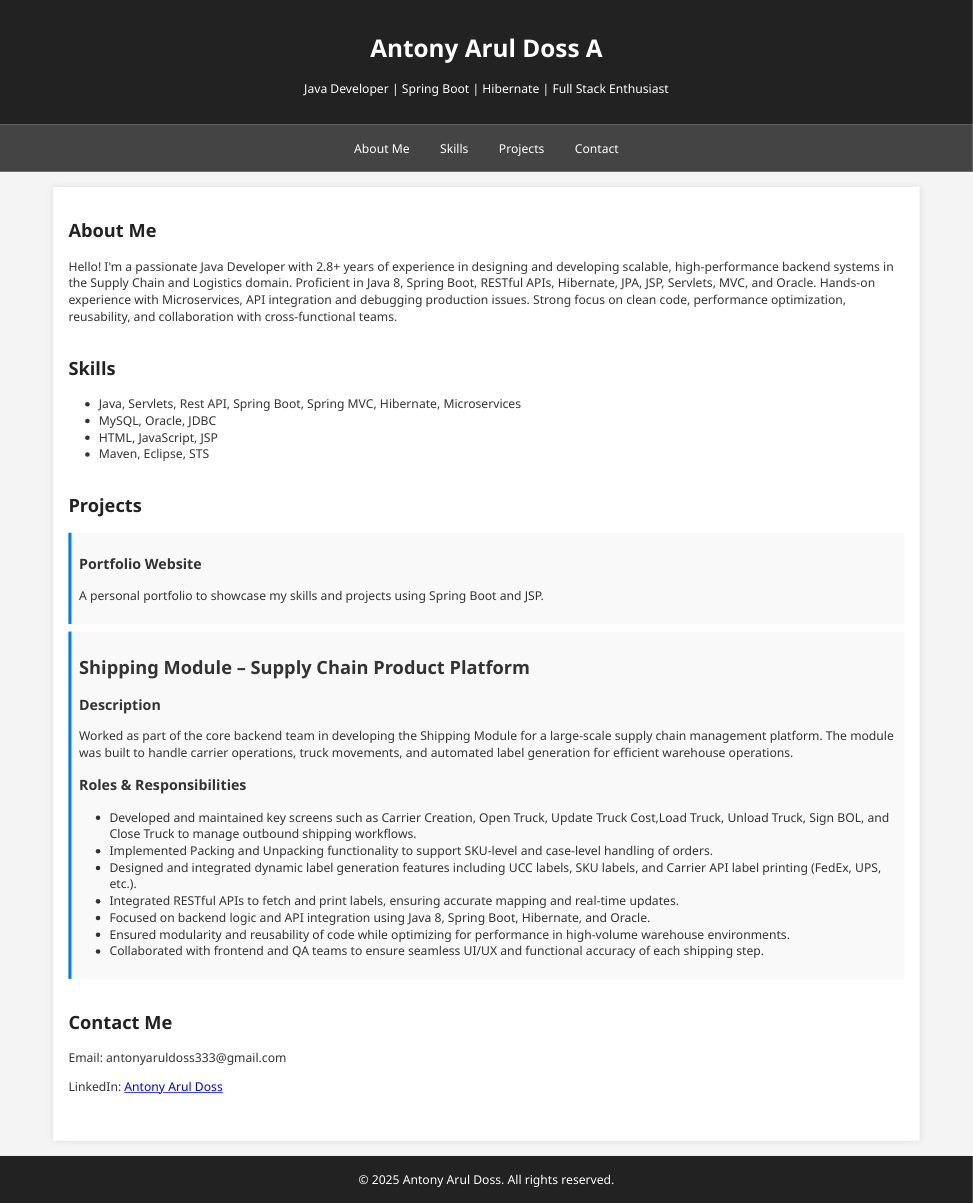
Repository: das-source/portfolio-springboot
Page: http://localhost/portfolio/WEB-INF/views/index.jsp
The author's editor kept a copy of each file at every save. The page is drawn from the files as they stood at one save, then again after the next save.
The browser window is 1280 px wide. The pictures show the whole page, at 76% of full size.
The page is served by Tomcat 9. Nobody is signed in. Other server files are loaded and not shown. The template is opened directly, without the code that normally fills it, so the values that code supplies are empty.

Above is the page before, as saved 2025-08-05 10:23:13.

### portfolio/src/main/webapp/WEB-INF/views/index.jsp
<%@ page contentType="text/html;charset=UTF-8" language="java" %>
<!DOCTYPE html>
<html lang="en">
<head>
    <meta charset="UTF-8">
    <title>My Portfolio - Your Name</title>
    <meta name="viewport" content="width=device-width, initial-scale=1.0">
    <style>
        body {
            margin: 0;
            font-family: 'Segoe UI', sans-serif;
            background-color: #f4f4f4;
            color: #333;
        }

        header {
            background-color: #222;
            color: white;
            padding: 20px 0;
            text-align: center;
        }

        nav {
            background-color: #444;
            display: flex;
            justify-content: center;
            padding: 10px 0;
        }

        nav a {
            color: white;
            text-decoration: none;
            padding: 10px 20px;
        }

        nav a:hover {
            background-color: #666;
        }

        .container {
            max-width: 1100px;
            margin: 20px auto;
            padding: 20px;
            background: white;
            box-shadow: 0 0 10px rgba(0,0,0,0.1);
        }

        section {
            margin-bottom: 40px;
        }

        h2 {
            color: #222;
        }

        .project {
            margin-top: 10px;
            padding: 10px;
            border-left: 4px solid #007bff;
            background: #f9f9f9;
        }

        footer {
            background-color: #222;
            color: white;
            text-align: center;
            padding: 20px 0;
            position: relative;
            bottom: 0;
            width: 100%;
        }

        @media (max-width: 768px) {
            nav {
                flex-direction: column;
            }
        }
    </style>
</head>
<body>

<header>
    <h1>Antony Arul Doss A</h1>
    <p>Java Developer | Spring Boot | Hibernate | Full Stack Enthusiast</p>
</header>

<nav>
    <a href="#about">About Me</a>
    <a href="#skills">Skills</a>
    <a href="#projects">Projects</a>
    <a href="#contact">Contact</a>
</nav>

<div class="container">

    <section id="about">
        <h2>About Me</h2>
        <p>
            Hello! I'm a passionate 			Java Developer with 2.8+ years of experience in designing and developing scalable, high-performance backend systems in
			the Supply Chain and Logistics domain. Proficient in Java 8, Spring Boot, RESTful APIs, Hibernate, JPA, JSP, Servlets,
			MVC, and Oracle. Hands-on experience with Microservices, API integration and debugging production issues.
			Strong focus on clean code, performance optimization, reusability, and collaboration with cross-functional teams.
        </p>
    </section>

    <section id="skills">
        <h2>Skills</h2>
        <ul>
            <li>Java, Servlets, Rest API, Spring Boot, Spring MVC, Hibernate, Microservices</li>
            <li>MySQL, Oracle, JDBC</li>
            <li>HTML, JavaScript, JSP</li>
            <li>Maven, Eclipse, STS</li>
        </ul>
    </section>

    <section id="projects">
        <h2>Projects</h2>
        <div class="project">
            <h3>Portfolio Website</h3>
            <p>A personal portfolio to showcase my skills and projects using Spring Boot and JSP.</p>
        </div>
        <div class="project">
            <h1>Shipping Module – Supply Chain Product Platform</h1>
			<h3>Description</h3>
            <p>Worked as part of the core backend team in developing the Shipping Module for a large-scale supply chain management
			platform. The module was built to handle carrier operations, truck movements, and automated label generation for
			efficient warehouse operations.</p>

			<h3>Roles & Responsibilities</h3>
			<ul>
				 	<li>Developed and maintained key screens such as Carrier Creation, Open Truck, Update Truck Cost,Load Truck,
					Unload Truck, Sign BOL, and Close Truck to manage outbound shipping workflows.</li>
					<li>Implemented Packing and Unpacking functionality to support SKU-level and case-level handling of orders.</li>
					<li>Designed and integrated dynamic label generation features including UCC labels, SKU labels, and Carrier API label
					printing (FedEx, UPS, etc.).</li>
					<li>Integrated RESTful APIs to fetch and print labels, ensuring accurate mapping and real-time updates.</li>
					<li>Focused on backend logic and API integration using Java 8, Spring Boot, Hibernate, and Oracle.</li>
					<li>Ensured modularity and reusability of code while optimizing for performance in high-volume warehouse environments.</li>
					<li>Collaborated with frontend and QA teams to ensure seamless UI/UX and functional accuracy of each shipping step.</li>

			 </ul>
        </div>
        <!-- Add more projects here -->
    </section>

    <section id="contact">
        <h2>Contact Me</h2>
        <p>Email: antonyaruldoss333@gmail.com</p>
        <p>LinkedIn: <a href="https://linkedin.com/in/antony-arul-doss-a-b5621b1a4" target="_blank">Antony Arul Doss</a></p>
    </section>

</div>

<footer>
    &copy; 2025 Antony Arul Doss. All rights reserved.
</footer>

</body>
</html>

After the next save:
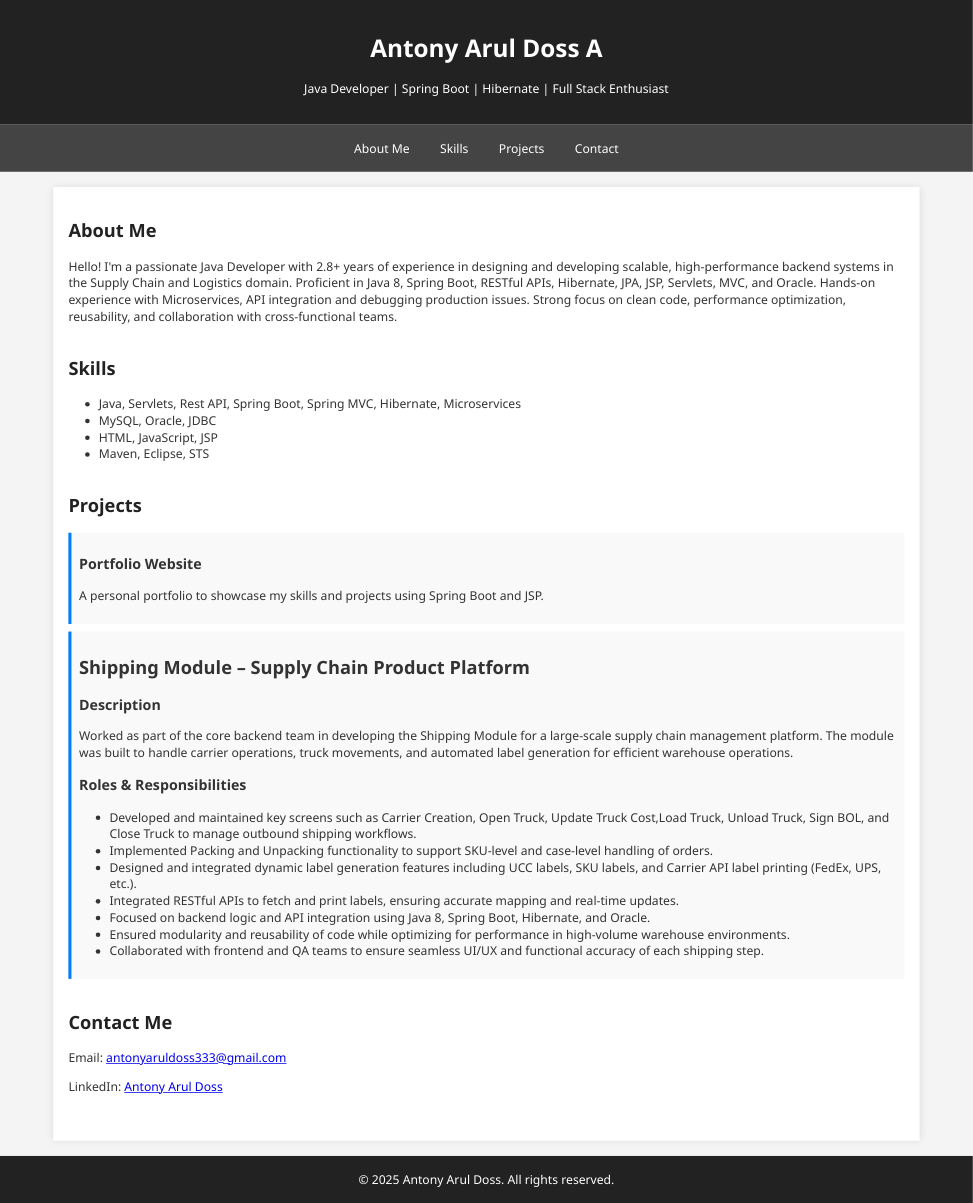
Saved 2 min 1 s later.
--- a/portfolio/src/main/webapp/WEB-INF/views/index.jsp
+++ b/portfolio/src/main/webapp/WEB-INF/views/index.jsp
@@ -145,7 +145,11 @@
 
     <section id="contact">
         <h2>Contact Me</h2>
-        <p>Email: antonyaruldoss333@gmail.com</p>
+		<p>Email:
+		    <a href="mailto:antonyaruldoss333@gmail.com">
+		        antonyaruldoss333@gmail.com
+		    </a>
+		</p>
         <p>LinkedIn: <a href="https://linkedin.com/in/antony-arul-doss-a-b5621b1a4" target="_blank">Antony Arul Doss</a></p>
     </section>
 
